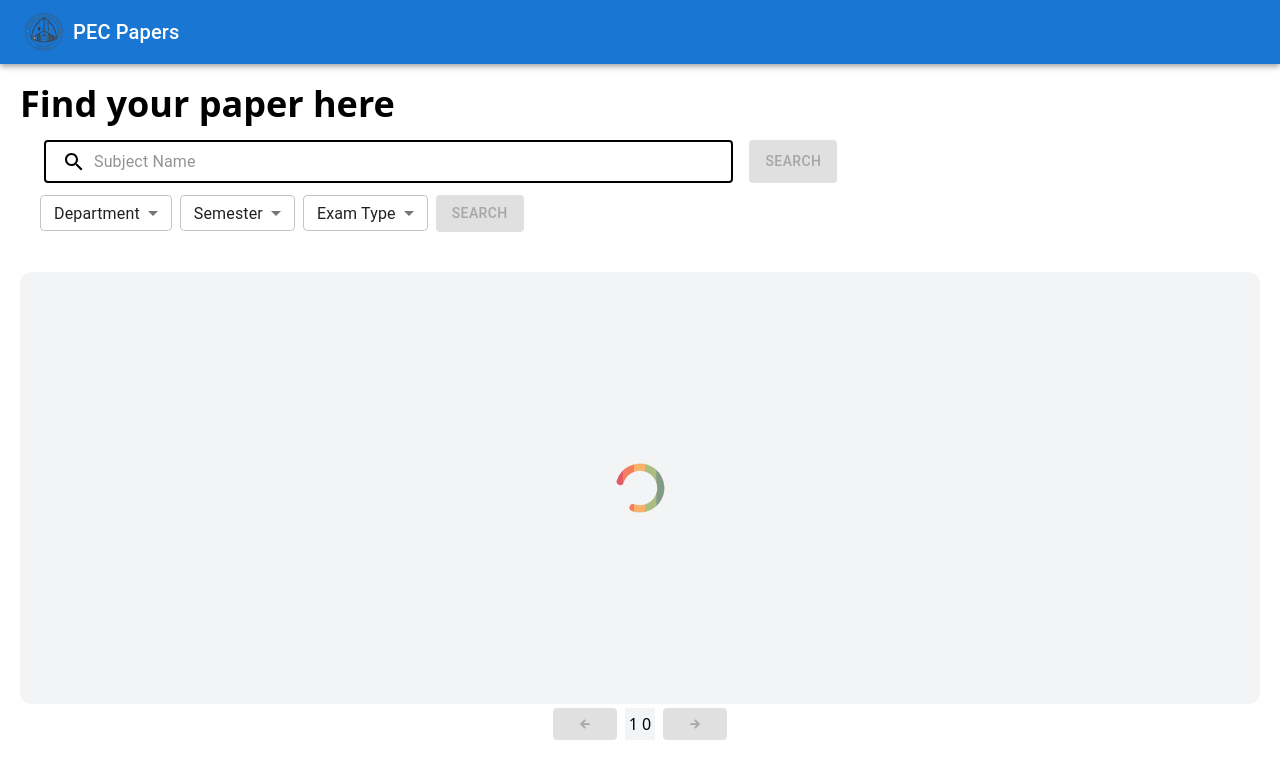
Repository: SUGAM-ARORA/pecpapers
Page: /browse (app in frontend/)
The author's editor kept a copy of each file at every save. The page is drawn from the files as they stood at one save, then again after the next save.
The browser window is 1280 px wide. The pictures show the whole page.
The page's requests for data from a server got no answer. The project was rebuilt for these pictures with package versions that can differ from the ones it lists, and the page was loaded fresh each time. Some packages were replaced by stand-ins written for this rebuild. No one was signed in, and anything a server would have sent is missing. Also part of the build but not shown: frontend/vite.config.js, frontend/src/Components/AnimatedText.jsx, frontend/src/Components/Hero.jsx, frontend/src/Components/Footer.jsx, frontend/src/Components/Login.jsx, frontend/src/Components/PaperDisplay.jsx, frontend/src/Components/ProtectedRoute.jsx.

Above is the page before, as saved 2025-07-17 19:42:16.

After the next save:
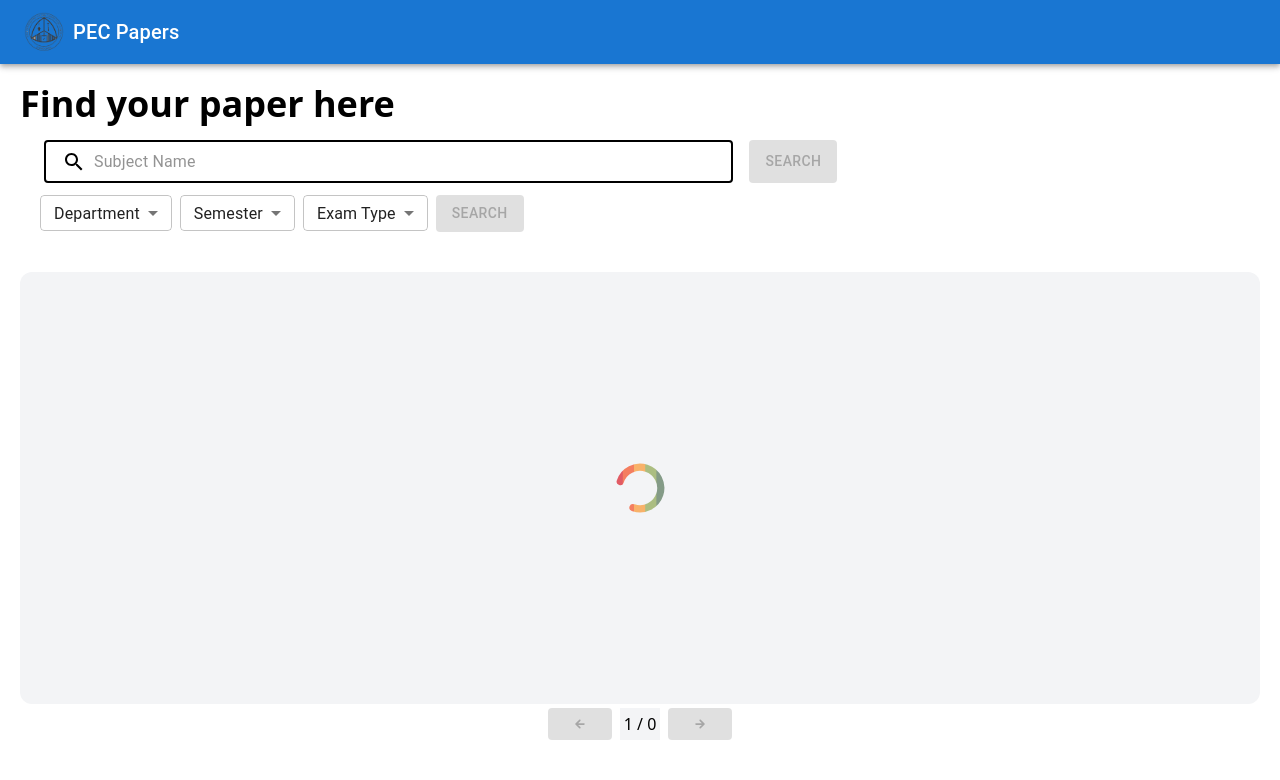
Saved 8 s later.
--- a/frontend/src/Pages/Browse.jsx
+++ b/frontend/src/Pages/Browse.jsx
@@ -287,7 +287,7 @@ const Browse = () => {
             <IoMdArrowRoundBack />
           </Button>
           <span className=' bg-gray-100 p-1'>
-            <span>{skip/10 + 1} </span>
+            <span>{skip/10 + 1} /  </span>
             <span>{Math.ceil(totalPapers/10)}</span>
           </span>
           <Button variant='contained' onClick={handleNext} disabled={loading}>
